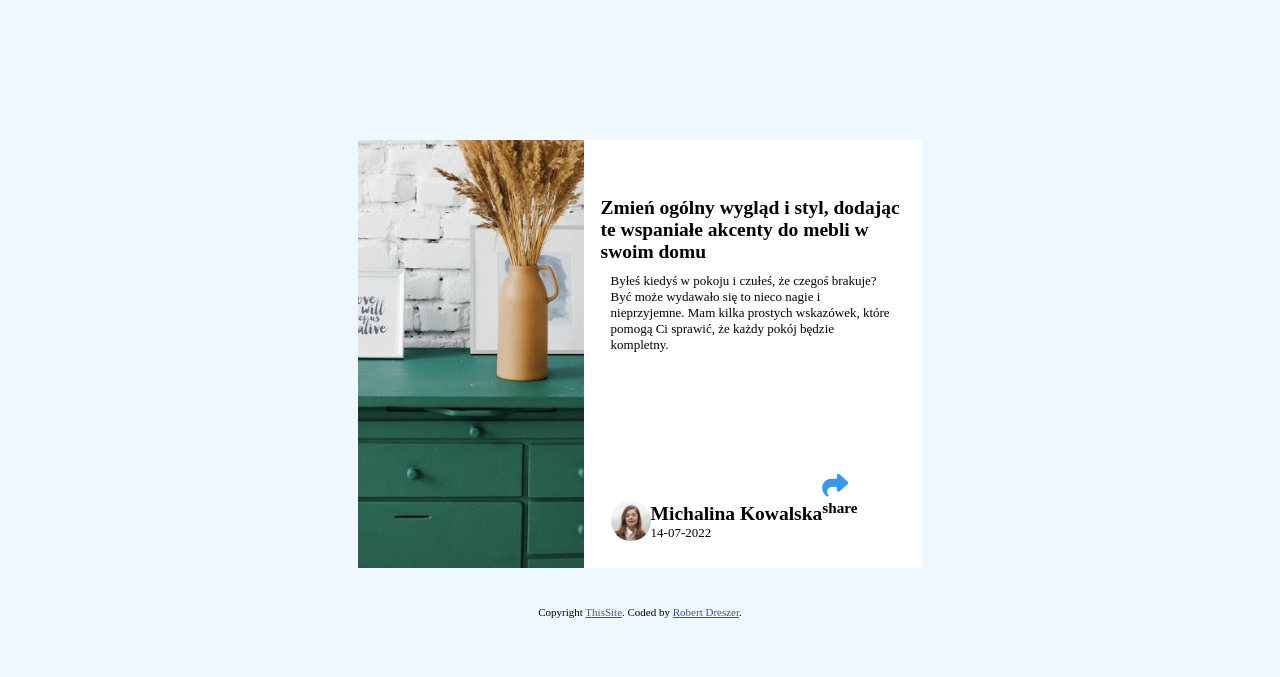
Repository: RobertDsr/komponent-podgl-du-produktu
Page: index.html
These files come from the project's save history. The page is drawn as it stood at one moment and after a run of saves; the edit follows.
The browser window is 1280 px wide. The pictures show the whole page.
Some web libraries are served in a nearby version. The style sheet was rebuilt from its Sass, Less or Tailwind sources for each picture, by a compiler version that may differ from the author's.

Above is the page before, as saved 2022-07-14 13:44:12.

### index.html
<!DOCTYPE html>
<html lang="pl">

<head>
  <meta charset="UTF-8">
  <meta name="viewport" content="width=device-width, initial-scale=1.0">
  <!-- displays site properly based on user's device -->

  <link rel="icon" type="image/png" sizes="32x32" href="./images/favicon-32x32.png">

  <script src="https://kit.fontawesome.com/f1983936fd.js" crossorigin="anonymous"></script>

  <title>Article preview component</title>

  <link rel="stylesheet" href="./design/css/main.min.css">
</head>

<body>

  <div class="wrapper">
    <div class="columns">
      <div class="columnLeft"></div>
      <div class="columnRight">
        <section class="articleDescription">
          <h1 class="Title">Zmień ogólny wygląd i styl, dodając te wspaniałe akcenty do mebli w swoim domu</h1>
          <p>Byłeś kiedyś w pokoju i czułeś, że czegoś brakuje? Być może wydawało się to nieco nagie i nieprzyjemne. Mam
            kilka prostych wskazówek, które pomogą Ci sprawić, że każdy pokój będzie kompletny.</p>
          <div class="author">
            <img src="./images/avatar-michelle.jpg" alt="Michelle" class="imgAuthor">
            <div class="divAuthorName">
              <h2 class="authorName">Michalina Kowalska</h2>
              <time datetime="2022-07-14">14-07-2022</time>
            </div>
            <div class="socialMedia">
              <i class="fa-solid fa-share fa-2x" style="color: #339af0;"></i>
              <div class="popup">
                <div class="mediaWrapper">
                  <h3>share</h3>
                  <img class="img1" src="./images/icon-facebook.svg" alt="ikona facebooka">
                  <img class="img2" src="./images/icon-twitter.svg" alt="ikona twittera">
                  <img class="img3" src="./images/icon-pinterest.svg" alt="ikona pinteresta">
                </div>
              </div>
            </div>
          </div>
        </section>
      </div>
    </div>
    <footer>
      <div class="attribution">
        Copyright <a href="https://robertdreszer.pl/" target="_blank">ThisSite</a>.
        Coded by <a href="https://robertdreszer.pl/">Robert Dreszer</a>.
      </div>
    </footer>
  </div>
</body>

</html>

### design/scss/main.scss
* {
    box-sizing: border-box;
    margin: 0;
    padding: 0;
}

body {
    font-size: 13px;
}
.wrapper {
    align-items: center;
    background-color: aliceblue;
    display: flex;
    flex-direction: column;
    justify-content: center;
    min-height: 100vh;
    min-width: 100vw;
    max-width: 1440px;
    overflow: hidden;
}

.columns {
    display: flex;
    padding: 3%;
    // justify-content: space-around;
    width: 50%;
}

.columnLeft {
    background: url(../../images/drawers.jpg) center/cover;
    width: 40%;
}

.columnRight {
    background-color: #fff;
    padding: 10% 3% 3%;
    width: 60%;
}

.title {
    font-size: 1.45rem;
}

.articleDescription p {
    padding: 10px


    ;
}

.author {
    display: flex;
    margin-top: 100px;
    padding: 10px;
    align-items: flex-end;
}

.imgAuthor {
    width: 40px;
    height: 40px;
    border-radius: 50%;
}
.attribution { font-size: 11px; text-align: center; }
.attribution a { color: hsl(228, 45%, 44%); }

After the next 3 saves:
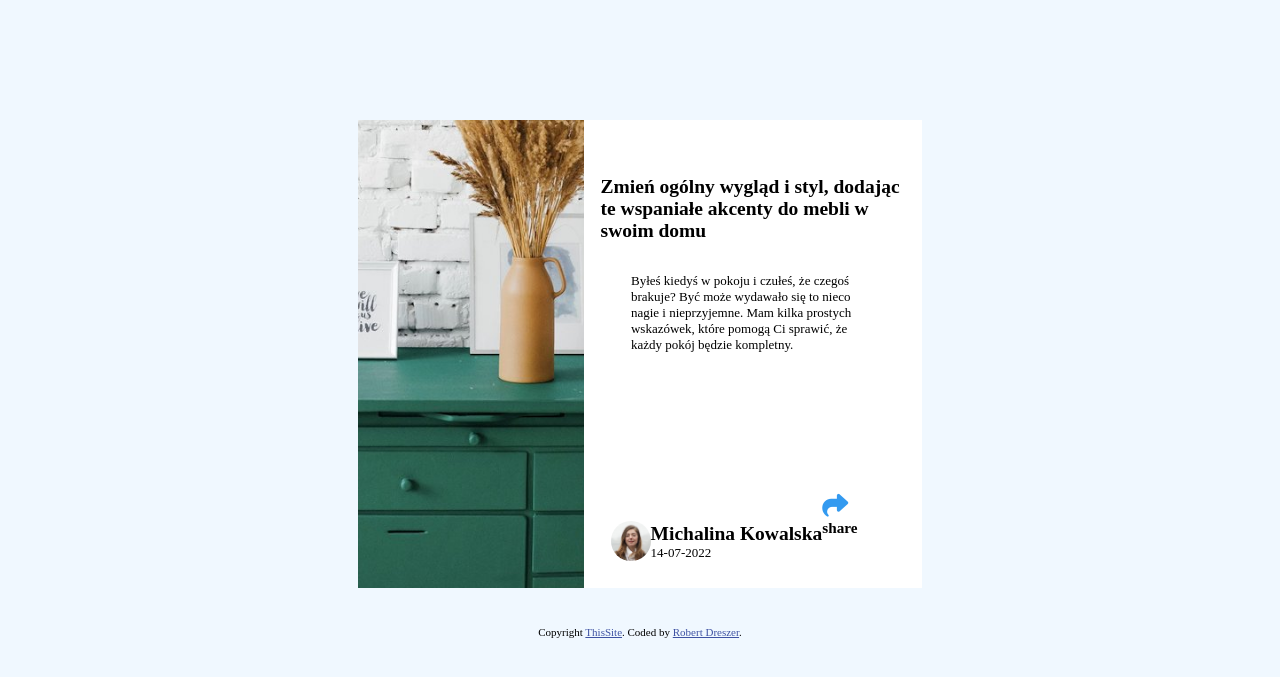
The 3 saves are shown as one change because 1 did not build or start and some came seconds apart.
The last was saved 25 s later.
--- a/design/scss/main.scss
+++ b/design/scss/main.scss
@@ -42,10 +42,7 @@ body {
 }
 
 .articleDescription p {
-    padding: 10px
-
-
-    ;
+    padding: 10%;
 }
 
 .author {
